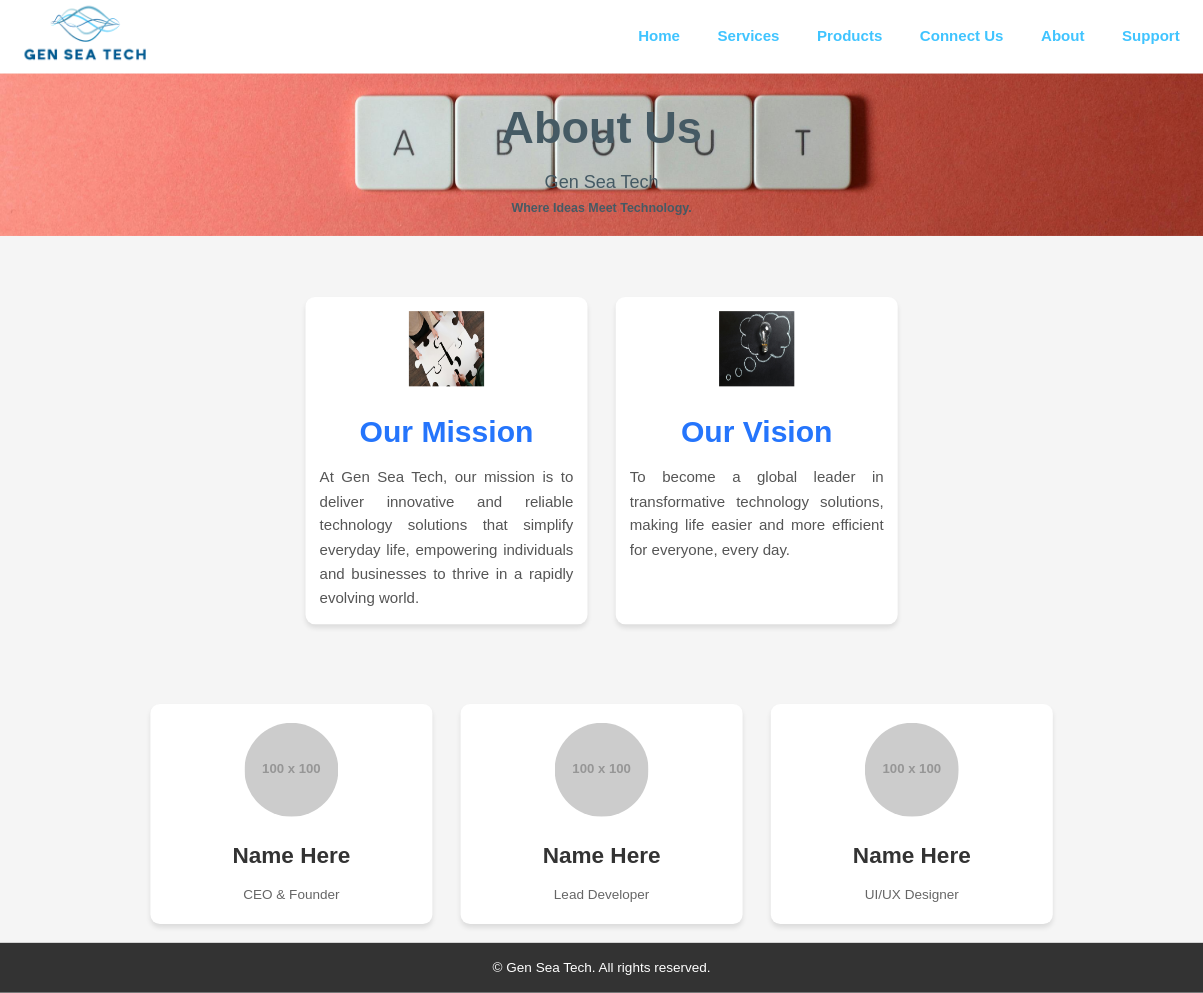
Repository: aniketkhatawkar/Gen_Sea_Tech
Page: http://localhost/GenSeaTech/about.jsp
These files come from the project's save history. The page is drawn as it stood at one moment and after the next save; the edit follows.
The browser window is 1280 px wide. The pictures show the whole page, at 94% of full size.
The page is served by Tomcat 10.

Above is the page before, as saved 2024-12-14 12:03:31.

After the next save:
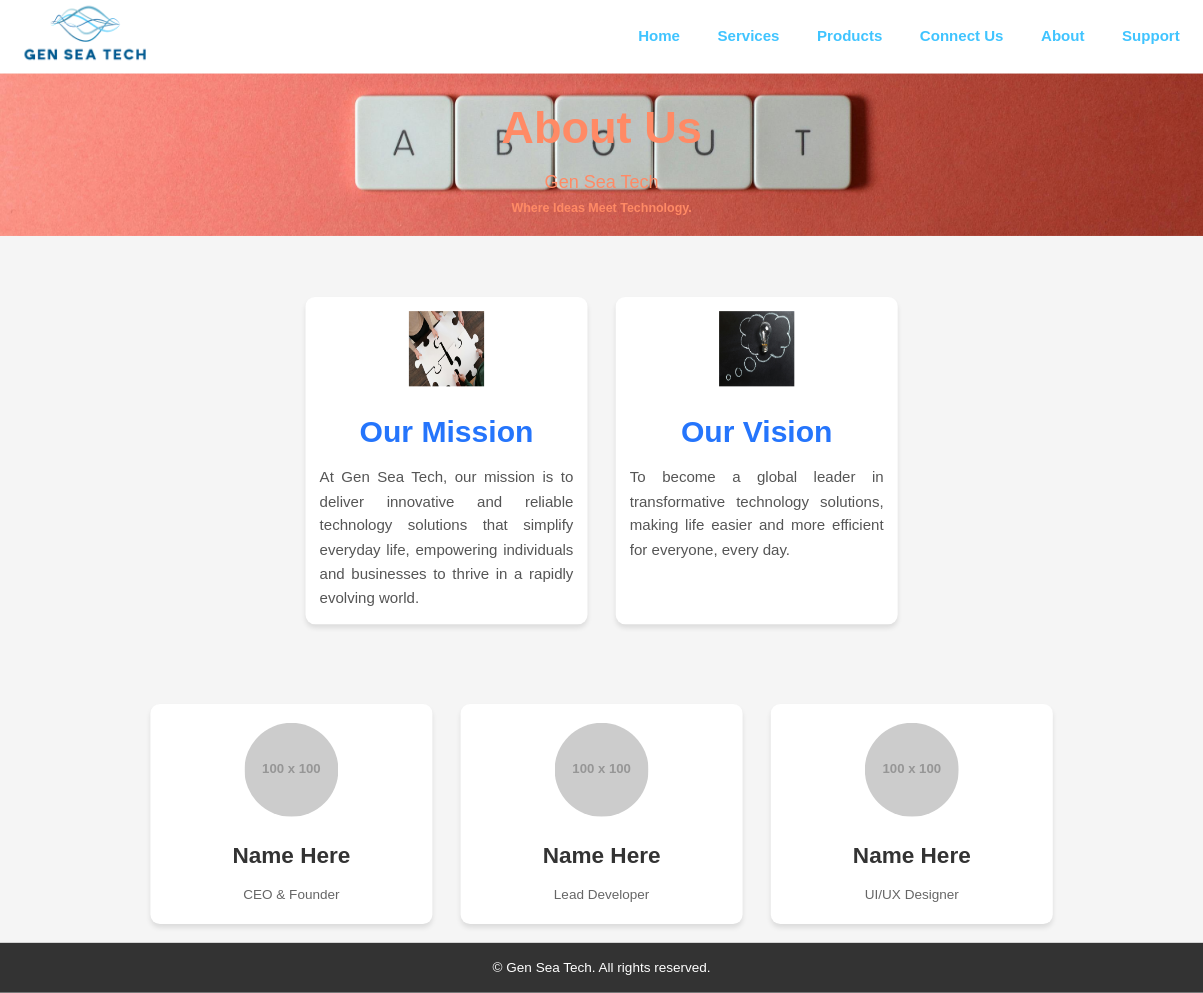
Saved 23 s later.
--- a/GenSeaTech/src/main/webapp/about.jsp
+++ b/GenSeaTech/src/main/webapp/about.jsp
@@ -23,7 +23,7 @@
 	    background:  url("assets/about.jpg") no-repeat center center;
 	    background-size: cover;
 	    object-fit: cover;
-		color: #455a64;
+		color: #ff8a65;
 	    padding: 20px 10px;
 	    text-align: center;
 	}
